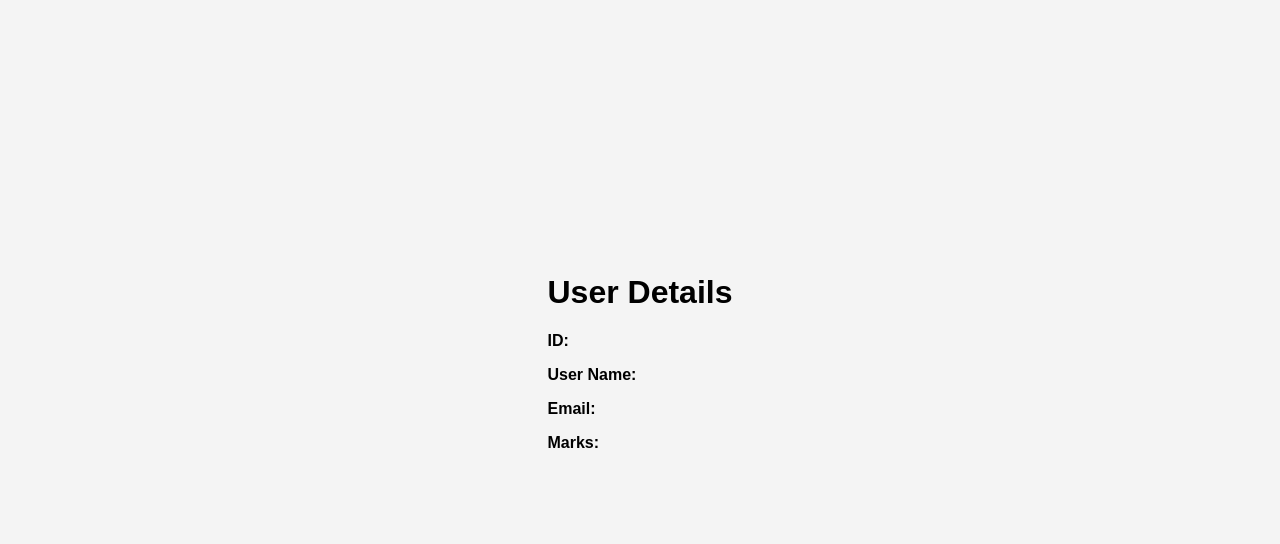
Repository: chetanchavan30/Optifyx
Page: http://localhost/OnlineExaminationSystem/view.jsp
These files come from the project's save history. The page is drawn as it stood at one moment and after the next save; the edit follows.
The browser window is 1280 px wide. The pictures show the whole page.
The page is served by Tomcat 10. Other server files are loaded and not shown.

Above is the page before, as saved 2025-01-25 19:34:37.

### OnlineExaminationSystem/src/main/webapp/view.jsp
<!DOCTYPE html>
<html lang="en">
<head>
    <meta charset="UTF-8">
    <meta name="viewport" content="width=device-width, initial-scale=1.0">
    <title>User Details</title>
    <link rel="stylesheet" href="styles.css">

</head>
<body>
    <div class="container-details">
        <h1>User Details</h1>
        <div class="user-details">
            <p><strong>ID:</strong> ${user.uId}</p>
            <p><strong>User Name:</strong> ${user.userName}</p>
            <p><strong>Email:</strong> ${user.email}</p>
            <p><strong>Marks:</strong> ${user.marks}</p>
        </div>
    </div>
</body>
</html>

### OnlineExaminationSystem/src/main/webapp/styles.css
@charset "UTF-8";
/* General Styles */
body {
	font-family: Arial, sans-serif;
	background-color: #f4f4f4;
	display: flex;
	justify-content: center;
	align-items: center;
	height: 100vh;
	margin: 0;
}

.form-container {
	background-color: #fff;
	padding: 30px;
	border-radius: 8px;
	box-shadow: 0 4px 8px rgba(0, 0, 0, 0.1);
	width: 300px;
}

.form-container h2 {
	text-align: center;
	margin-bottom: 20px;
}

.form-container input {
	width: 100%;
	padding: 10px;
	margin: 10px 0;
	border: 1px solid #ccc;
	border-radius: 5px;
}

.form-container button {
	width: 100%;
	padding: 10px;
	background-color: #4CAF50;
	color: white;
	border: none;
	border-radius: 5px;
	cursor: pointer;
}

.form-container button:hover {
	background-color: #45a049;
}

.form-container .links {
	text-align: center;
	margin-top: 10px;
}

.form-container .links a {
	color: #4CAF50;
	text-decoration: none;
}

.form-container .links a:hover {
	text-decoration: underline;
}

.container {
	text-align: center;
	background: white;
	padding: 2rem;
	border-radius: 10px;
	box-shadow: 0 4px 8px rgba(0, 0, 0, 0.1);
}

.container h1 {
	margin-bottom: 1.5rem;
}

.link-button {
	display: inline-block;
	margin: 0.5rem;
	padding: 0.75rem 1.5rem;
	font-size: 1rem;
	color: white;
	background-color: #4CAF50;
	text-decoration: none;
	border-radius: 5px;
	transition: background-color 0.3s;
}

.link-button:hover {
	background-color: #45a049;
}

After the next save:
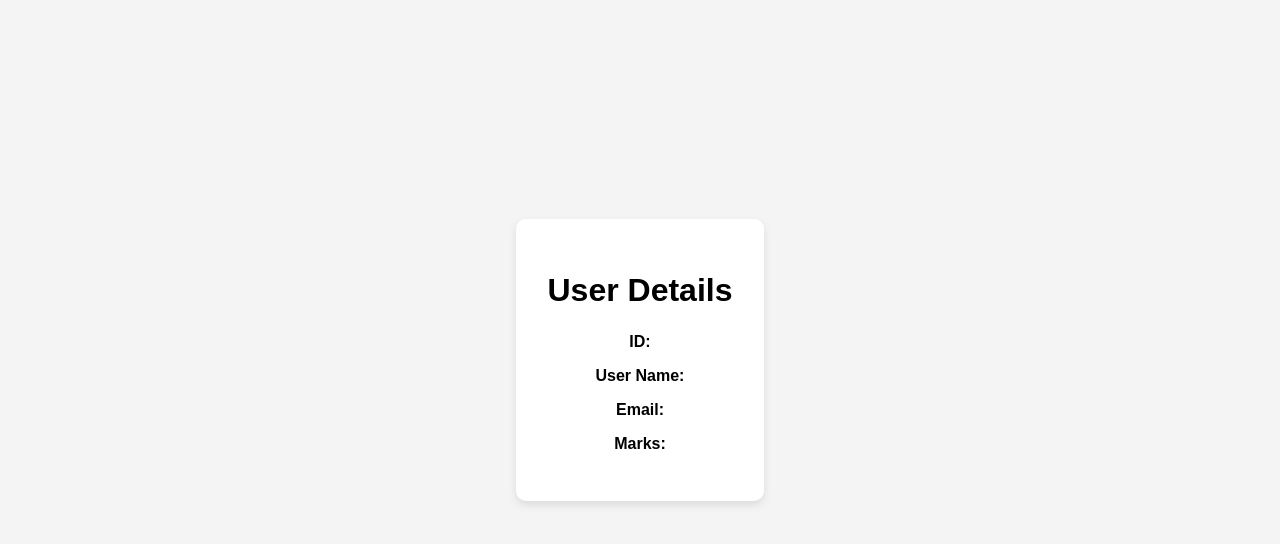
Saved 21 s later.
--- a/OnlineExaminationSystem/src/main/webapp/view.jsp
+++ b/OnlineExaminationSystem/src/main/webapp/view.jsp
@@ -8,7 +8,7 @@
 
 </head>
 <body>
-    <div class="container-details">
+    <div class="container">
         <h1>User Details</h1>
         <div class="user-details">
             <p><strong>ID:</strong> ${user.uId}</p>
